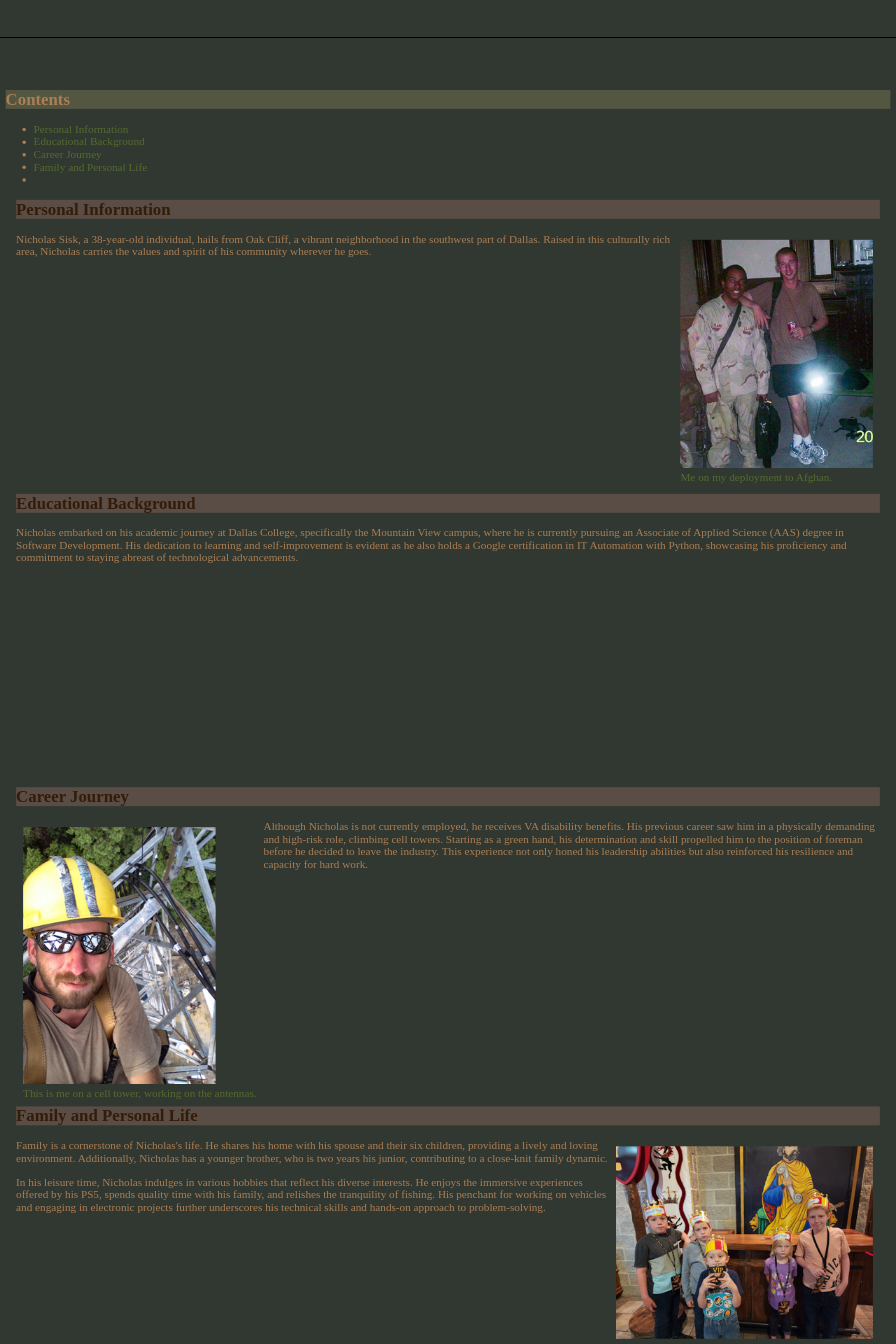
Repository: nsisk1/web-page-project
Page: index.html
An editor plug-in stored every save of this project. The page is shown before and after a run of saves, followed by the edit.
The browser window is 1280 px wide. The pictures show the part of the page from y = 311 to 2231 px (the page is 4071 px tall), at 70% of full size.

Above is the page before, as saved 2024-07-31 23:01:34.

### index.html
<!DOCTYPE html>
<html lang="en">
    <head>
        <link rel="stylesheet" href="css/style.css">
        <link rel="stylesheet" href="css/layout.css">
        <meta charset="UTF-8">
        <meta name="viewport" content="width=device-width, initial-scale=1.0">
        <title>About Nicholas Sisk</title>
    </head>
    <body>
        <article class="art">
            <h1>
                About Nicholas Sisk
            </h1>
            <figure>
                <nav class="topnav">
                    <a class="active" href="index.html">Home</a>
                    <a href="about.html">About</a>
                    <a href="faq.html">FAQ</a>
                    <a href="team.html">Our Team</a>
                    <a href="contact-us.html">Contact</a>
                </nav>
            </figure>
        </article>
        <aside>
    <h1>Contents</h1>
    <ul class="content-links">
        <li><a href="#section1">Personal Information</a></li>
        <li><a href="#section2">Educational Background</a></li>
        <li><a href="section3">Career Journey</a></li>
        <li><a href="section4">Family and Personal Life</a></li>
        <li><a href="section5"</li>
    </ul>
</aside>

        <article class="art">
            <h2>Personal Information</h2>
            <figure class="image">
                <a href="images/afghan-lg.jpg">
                    <img src="images/afghan-thumbnail.jpg" alt="Me on the right, and my best friend on the left.">
                    <figcaption>Me on my deployment to Afghan.</figcaption>
                </a>
            </figure>
            <div class="clear"></div>
            <p>
                Nicholas Sisk, a 38-year-old individual, hails from Oak Cliff, a
                vibrant neighborhood in the southwest part
                of Dallas. Raised in this culturally rich area, Nicholas carries
                the values and spirit of his community
                wherever he goes.
            </p>
        </article>
        <div class="clear"></div>
        <article class="art">
            <h2>Educational Background</h2>
            <p>
                Nicholas embarked on his academic journey at Dallas College,
                specifically the Mountain View campus, where he
                is currently pursuing an Associate of Applied Science (AAS)
                degree in Software Development. His dedication
                to learning and self-improvement is evident as he also holds a
                Google certification in IT Automation with
                Python, showcasing his proficiency and commitment to staying
                abreast of technological advancements.
            </p>
        </article>
        <article class="art">
            <h2>Career Journey</h2>
            <figure class="image">
                <a href="images/tower-lg.jpg">
                    <img src="images/tower-thumbnail.jpg" alt="Me on  cell tower">
                    <figcaption>
                        This is me on a cell tower, working on the antennas.
                    </figcaption>
                </a>
            </figure>
            <div class="clear"></div>
            <p>
                Although Nicholas is not currently employed, he receives VA
                disability benefits. His previous career saw him
                in a physically demanding and high-risk role, climbing cell
                towers. Starting as a green hand, his
                determination and skill propelled him to the position of foreman
                before he decided to leave the industry.
                This experience not only honed his leadership abilities but also
                reinforced his resilience and capacity for
                hard work.
            </p>
        </article>
        <article class="art">
            <h2>Family and Personal Life</h2>
            <figure class="image">
                <a href="images/kids-lg.jpg">
                    <img src="images/kids-thumbnail.jpg" alt="kids at Medieval Times">
                    <figcaption> This is the kids getting VIP treatment at Medieval Times.</figcaption>
                </a>
            </figure>
            <p>
                Family is a cornerstone of Nicholas's life. He shares his home
                with his spouse and their six children,
                providing a lively and loving environment. Additionally,
                Nicholas has a younger brother, who is two years
                his junior, contributing to a close-knit family dynamic.
            </p>
            <p>
                In his leisure time, Nicholas indulges in various hobbies that
                reflect his diverse interests. He enjoys the
                immersive experiences offered by his PS5, spends quality time
                with his family, and relishes the tranquility
                of fishing. His penchant for working on vehicles and engaging in
                electronic projects further underscores his
                technical skills and hands-on approach to problem-solving.
            </p>
        </article>
        <article class="art">
            <h2>Achievements</h2>
            <p>
                One of Nicholas's notable achievements is earning the Google
                certification for IT Automation with Python.
                This certification not only validates his technical expertise
                but also aligns with his career aspirations in
                the field of software development.
            </p>
        </article>
        <article class="art">
            <h2>Future Aspirations</h2>
            <figure class="image">
                <a href="images/nofear-lg.jpg">
                    <img src="images/fear-thumbnail.jpg" alt="Fear is the only thing that can stop you">
                    <figcaption>
                        Fear is the only thing that can stop you.
                    </figcaption>
                </a>
            </figure>
            <p>
                Looking ahead, Nicholas is determined to leverage his education
                and skills to secure a position in the
                software development industry. His goal is to apply his
                knowledge and passion for technology to make
                meaningful contributions to the field, ultimately building a
                successful career.
            </p>
        </article>
        <article class="art">
            <h2>Personal Philosophy and Unique Traits</h2>
            <p>
                A defining trait of Nicholas's character is his unwavering
                determination. He embodies the principle of never
                giving up, regardless of the challenges he faces. This
                resilience is complemented by his belief in the power
                of confidence, inspired by Packnett's assertion that confidence
                is the precursor to success in all
                endeavors.
            </p>
            <p>
                Nicholas is also guided by the inspirational words of Jack
                Canfield: "Everything you want is on the other
                side of fear." This quote resonates deeply with him, serving as
                a constant reminder to push through fears
                and obstacles to achieve his dreams.
            </p>
        </article>
        <article class="art">
            <h2>Conclusion</h2>
            <p>
                Nicholas Sisk is a dedicated and resilient individual with a
                rich personal and professional background. His
                journey from Oak Cliff to pursuing a career in software
                development, combined with his family values and
                personal philosophy, paints a picture of a man committed to
                growth, learning, and making a positive impact
                in his field. With his never-give-up attitude and a clear vision
                for the future, Nicholas is poised to
                achieve his goals and inspire those around him.
            </p>
        </article>
        <footer position="absolute">
            <a href="https://www.dallascollege.edu" target="blank">DallasCollegeHomepage</a>
            <a href="contact-us.html" target="blank">
                Contact Us
            </a>
            <a href="mailto:nsisk1@student.dallascollege.edu">Webmaster</a>
        </footer>
    </body>
</html>

### css/style.css
body {
    background-color: #313831;
    color: #ac7e54
}

h1 {
    background-color: #535640;
    color: #ac7e54;
}

h2 {
    background-color: #594d45;
    color: #341c09;


    form {
        width: 250px;
        text-align: center;
    }
}

footer {
    color: blue;

}

a:link {
    color: darkolivegreen;
    background-color: transparent;
    text-decoration: none;
}

a:visited {
    color: #655949;
    background-color: transparent;
    text-decoration: none;
}

a:hover {
    color: #5c5c5b;
    background-color: transparent;
    text-decoration: underline;
}

a:active {
    color: #5c5c5b;
    background-color: transparent;
    text-decoration: underline;
}

### css/layout.css
.topnav {
    background-color: #867768;
    overflow: hidden;
}

.topnav a {
    float: left;
    color: #64674a;
    text-align: center;
    padding: 14px 16px;
    text-decoration: none;
    font-size: 17px;
}

.topnav a:hover {
    background-color: #584240;
    color: black;
}

.topnav a.active {
    background-color: #64674a;
    color: #3f4129;
}

.image {
    box-sizing: content-box;
    padding: 5px;
    margin: 5px;
    float: left;
    height: auto;
    width: auto;
    display: block;
    clear: both;
}

.art {
    box-sizing: border-box;
    height: 400px;
    width: auto;
    margin: 15px;
    clear: both;
}

article:nth-child(even)>figure {
    float: right;
}



.row {
    display: flex;
    flex-direction: row;
    justify-content: flex-start;
    align-items: flex-start;
    align-content: flex-start;
}

.column {
    flex: 0 1 auto;
    width: 250px;
    border: #584240 solid;
    align-self: auto;
}
.column>img {
    width: 240px;
}

.aside {
    display: grid;
}

After the next 6 saves:
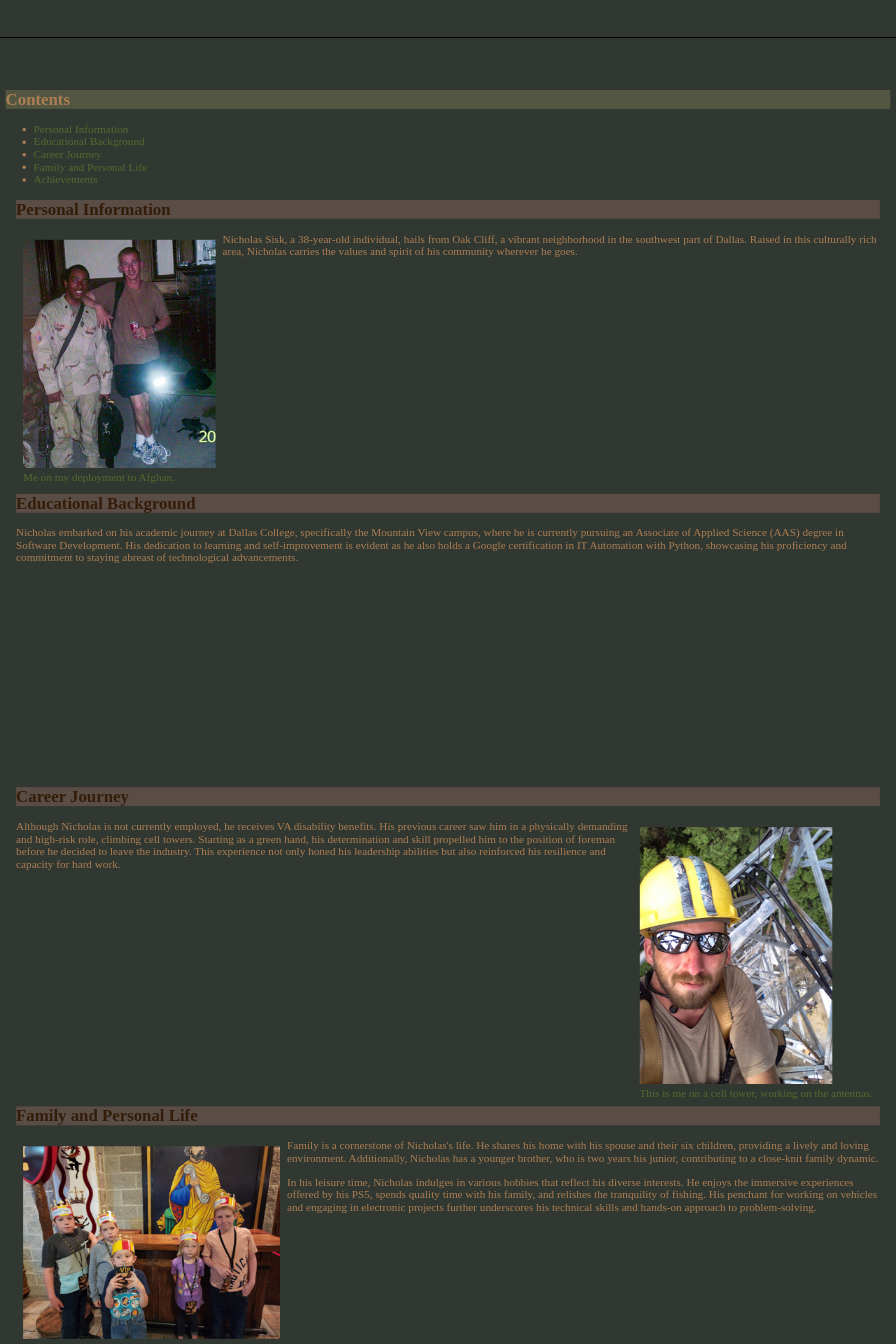
The 6 saves are shown as one change because they came seconds apart.
The last was saved 16 s later.
--- a/index.html
+++ b/index.html
@@ -29,7 +29,7 @@
         <li><a href="#section2">Educational Background</a></li>
         <li><a href="section3">Career Journey</a></li>
         <li><a href="section4">Family and Personal Life</a></li>
-        <li><a href="section5"</li>
+        <li><a href="section5">Achievements</a></li>
     </ul>
 </aside>
 
